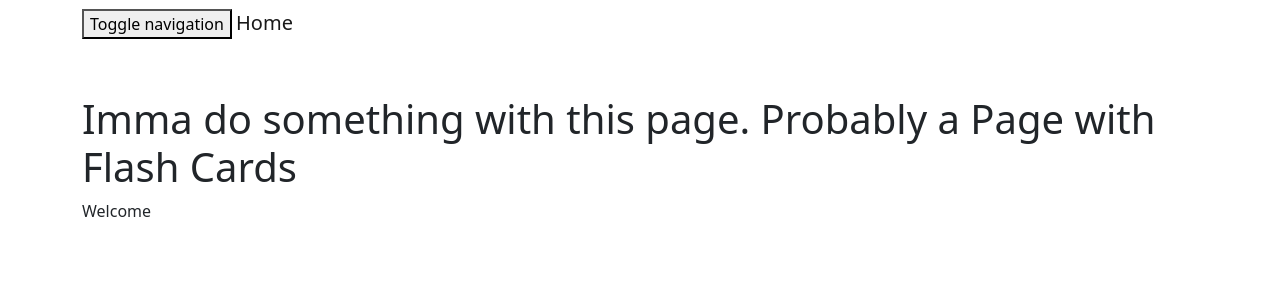
Repository: Junholee369/Junho_Lee_Capstone
Page: http://localhost/index
These files come from the project's save history. The page is drawn as it stood at one moment and after the next save; the edit follows.
The browser window is 1280 px wide. The pictures show the whole page.
The page is this project's Thymeleaf template; nobody is signed in. The template is opened directly, without the code that normally fills it, so the values that code supplies are empty.

Above is the page before, as saved 2022-06-24 16:10:44.

After the next save:
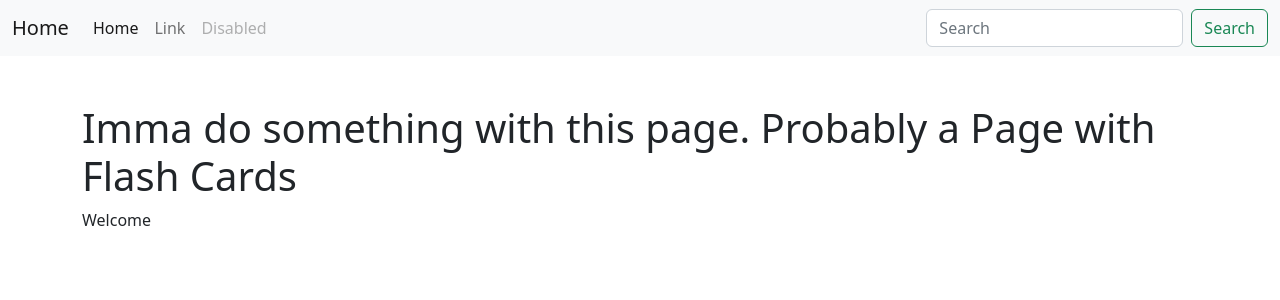
Saved 56 s later.
--- a/Inventory_Management_Capstone/src/main/resources/templates/index.html
+++ b/Inventory_Management_Capstone/src/main/resources/templates/index.html
@@ -14,7 +14,7 @@
 </head>
 <body>
 	<!-- create navigation bar ( header) -->
-	<nav class="navbar navbar-inverse navbar-fixed-top">
+<!-- 	<nav class="navbar navbar-inverse navbar-fixed-top">
 		<div class="container">
 			<div class="navbar-header">
 				<button type="button" class="navbar-toggle collapsed"
@@ -36,7 +36,35 @@
 				</ul>
 			</div>
 		</div>
-	</nav>
+	</nav> -->
+	<nav class="navbar navbar-expand-lg bg-light">
+  <div class="container-fluid">
+    <a class="navbar-brand" href="#">Home</a>
+    <button class="navbar-toggler" type="button" data-bs-toggle="collapse" data-bs-target="#navbarSupportedContent" aria-controls="navbarSupportedContent" aria-expanded="false" aria-label="Toggle navigation">
+      <span class="navbar-toggler-icon"></span>
+    </button>
+    <div class="collapse navbar-collapse" id="navbarSupportedContent">
+      <ul class="navbar-nav me-auto mb-2 mb-lg-0">
+
+        <li class="nav-item">
+          <a class="nav-link active" aria-current="page" href="#">Home</a>
+        </li>
+
+        <li class="nav-item">
+          <a class="nav-link" href="#">Link</a>
+        </li>
+
+        <li class="nav-item">
+          <a class="nav-link disabled">Disabled</a>
+        </li>
+      </ul>
+      <form class="d-flex" role="search">
+        <input class="form-control me-2" type="search" placeholder="Search" aria-label="Search">
+        <button class="btn btn-outline-success" type="submit">Search</button>
+      </form>
+    </div>
+  </div>
+</nav>
 
 	<br>
 	<br>
